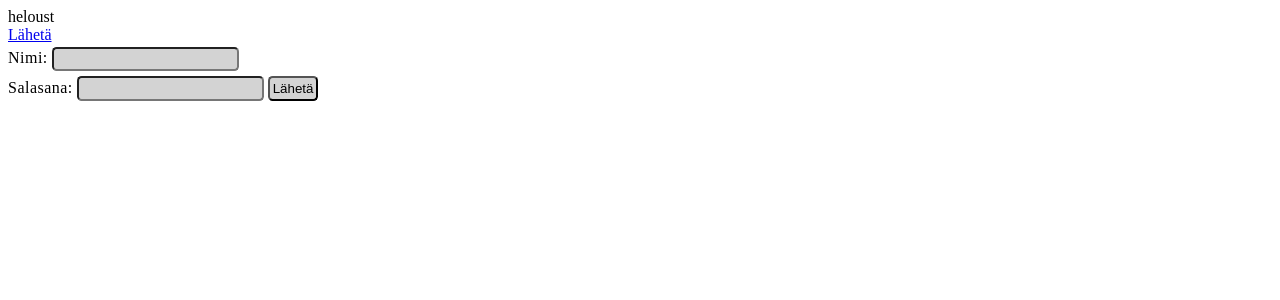
Repository: sirkian/ohj2-t4
Page: http://localhost/Kommunikaatio/
These files come from the project's save history. The page is drawn as it stood at one moment and after the next save; the edit follows.
The browser window is 1280 px wide. The pictures show the whole page.
The page is served by Tomcat 9.

Above is the page before, as saved 2022-03-19 14:06:01.

### Kommunikaatio/src/main/webapp/index.jsp
<%@ page language="java" contentType="text/html; charset=ISO-8859-1"
    pageEncoding="ISO-8859-1"%>
<!DOCTYPE html>
<html>
<head>
<meta charset="ISO-8859-1">
<title>Insert title here</title>
<style>
body {
	display: flex;
	flex-direction: column;
}
input {
	background: lightgrey;
	border-radius:0.35em;
	padding: 0.2em;
	margin: 0.2em 0;
}
.nimi {

}
.pw {

}
form {
	letter-spacing: 0.03em;
}
</style>
</head>
<body>
heloust
<a href="toka.jsp?nimi=jaska&ika=10">Lähetä</a>
<form action="kolmas.jsp" method="POST">
	Nimi: <input class="nimi" type="text" name="nimi"><br>
	Salasana: <input class="pw" type="password" name="pwd">
	<input type="submit" value="Lähetä">
</form>
</body>
</html>

After the next save:
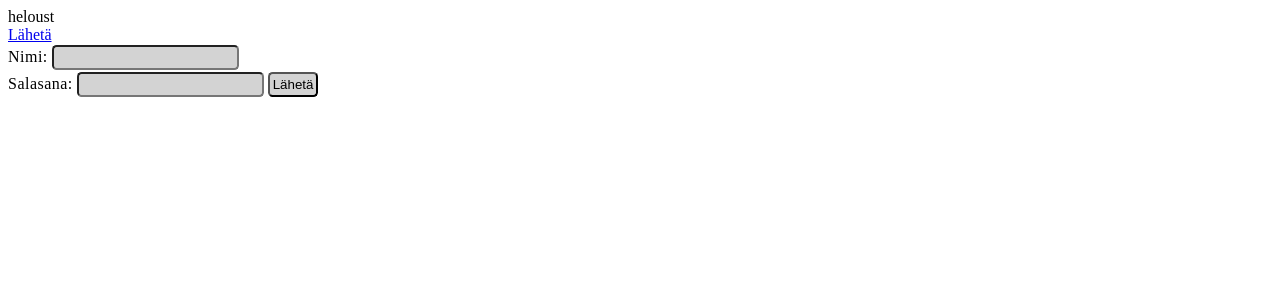
Saved 8 s later.
--- a/Kommunikaatio/src/main/webapp/index.jsp
+++ b/Kommunikaatio/src/main/webapp/index.jsp
@@ -14,7 +14,7 @@ input {
 	background: lightgrey;
 	border-radius:0.35em;
 	padding: 0.2em;
-	margin: 0.2em 0;
+	margin: 0.1em 0;
 }
 .nimi {
 
